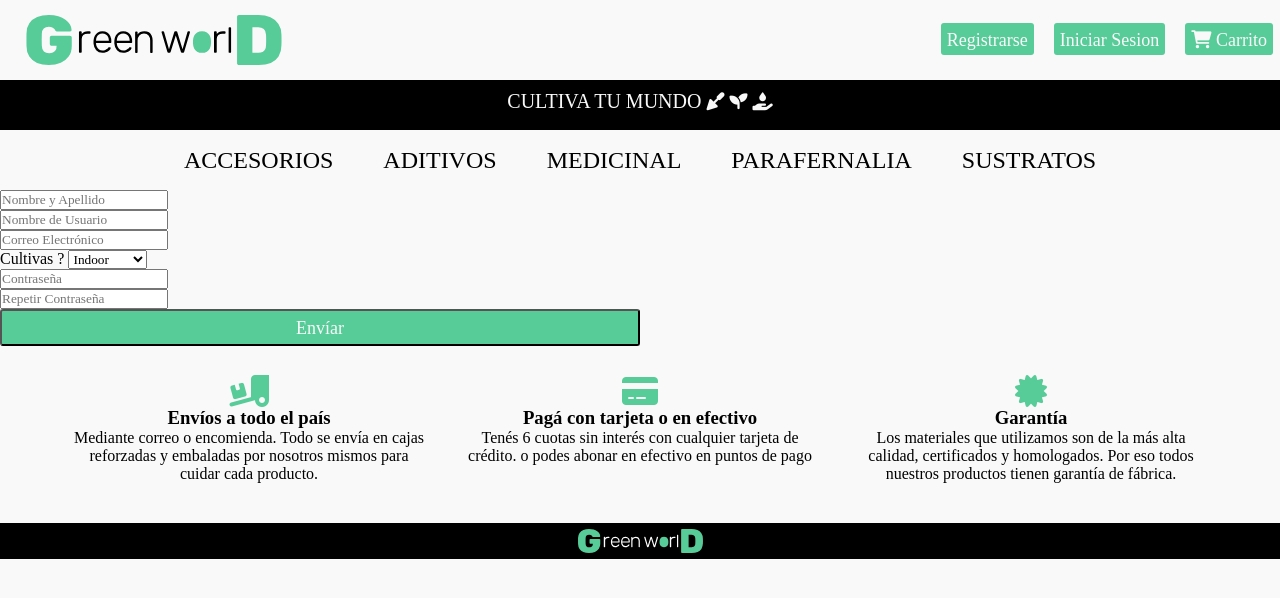
Repository: francoG98/grupo_9_Green_World
Page: source/views/register.html
The author's editor kept a copy of each file at every save. The page is drawn from the files as they stood at one save, then again after the next save.
The browser window is 1280 px wide. The pictures show the whole page.
Some web fonts or font styles are not loaded; a fallback is used. Some web libraries are served in a nearby version.

Above is the page before, as saved 2022-06-24 20:07:06.

### source/views/register.html
<!DOCTYPE html>
<html lang="en">
<head>
    <meta charset="UTF-8">
    <meta http-equiv="X-UA-Compatible" content="IE=edge">
    <meta name="viewport" content="width=device-width, initial-scale=1.0">
    <title>Green World</title>

    <link rel="preconnect" href="https://fonts.googleapis.com">
<link rel="preconnect" href="https://fonts.gstatic.com" crossorigin>
<link href="https://fonts.googleapis.com/css2?family=Abel&family=Anek+Gujarati:wght@100;200;300;400;500;600;700;800&display=swap" rel="stylesheet">
<link rel="stylesheet" href="https://cdnjs.cloudflare.com/ajax/libs/font-awesome/6.1.1/css/all.min.css" integrity="sha512-KfkfwYDsLkIlwQp6LFnl8zNdLGxu9YAA1QvwINks4PhcElQSvqcyVLLD9aMhXd13uQjoXtEKNosOWaZqXgel0g==" crossorigin="anonymous" referrerpolicy="no-referrer" />
<link rel="stylesheet" href="/css/main-register.css">
<link rel="stylesheet" href="/css/header.css">
<link rel="stylesheet" href="/css/footer.css">

</head>
<body>
    <header>
        <div class="header-top-bar">
            <figure>
                <a href="/"><img src="/assets/logo-edu.svg" alt="Logo Green World" class="header-logo"></a>
            </figure>
            <div class="chart-burger">
                <a href="/chart" >
                    <i class="fa-solid fa-basket-shopping"></i>
                </a>
                <a href="" >
                    <i class="fas fa-bars"></i>
                </a>
            </div>
            <nav class="header-top-nav-bar">
                <ul>
                    <li><a href="/register">Registrarse</a> </li>
                    <li><a href="/login">Iniciar Sesion</a></li>
                    <li><a href="/chart"><i class="fa-solid fa-cart-shopping"></i>  Carrito</a></li>
                </ul>
            </nav>
        </div>
        <h2>CULTIVA TU MUNDO   <i id="pala" class="fa-solid fa-trowel"></i>    <i id="planta" class="fa-solid fa-seedling"></i>    <i id="agua" class="fa-solid fa-hand-holding-droplet"></i></h2>



        <nav class="header-bottom-nav-bar">
            <ul>
                <li ><a href="/accesorios">ACCESORIOS</a></li>
                <li ><a href="/aditivos">ADITIVOS</a></li>
                <li ><a href="/medicinal">MEDICINAL</a></li>
                <li ><a href="/parafernalia">PARAFERNALIA</a></li>
                <li ><a href="/sustratos">SUSTRATOS</a></li>
            </ul>
        </nav>
    </header>
    <main>
          <form method="post" action="">
            <p>
                <input type="text" name="nombre-apellido" placeholder="Nombre y Apellido" required>
            </p>
            <p>
                <input type="text" name="usuario" placeholder="Nombre de Usuario" required>
            </p>
            <p>
                <input type="mail" name="mail" placeholder="Correo Electrónico" required>
            </p>
            <p>
                <label for="cultivo"> Cultivas ?</label>
                    <select name="cultivo" id="cultivo" required>
                        <option value="Indoor">Indoor</option>
                        <option value="outdoor">Outdoor</option>
                        <option value="ambas">ambas</option>
                        <option value="ninguna">No cultivo</option>
                    </select>
            </p>
            <p>
                <input type="password" name="password" placeholder="Contraseña" required>
            </p>
            <p>
                <input type="password" name="repetir-password" placeholder="Repetir Contraseña" required>
            </p>
            <a href="./home.html"><button type="submit" name="registrar"> Envíar </button></a>
    </main>
    <footer>
        <div class="footer-top-bar">
            <section>
                <i class="fa-solid fa-truck-ramp-box"></i>
                <h3>Envíos a todo el país</h3>
                <p>Mediante correo o encomienda. Todo se envía en cajas reforzadas y embaladas por nosotros mismos para cuidar cada producto.</p>
            </section>
            <section>
                <i class="fa-solid fa-credit-card"></i>
                <h3>Pagá con tarjeta o en efectivo</h3>
                <p>Tenés 6 cuotas sin interés con cualquier tarjeta de crédito. o podes abonar en efectivo en
                    puntos de pago</p>
            </section>
            <section>
                <i class="fa-solid fa-certificate"></i>
                <h3>Garantía</h3>
                <p>Los materiales que utilizamos son de la más alta calidad, certificados y homologados. Por eso todos nuestros productos tienen garantía de fábrica.</p>
            </section>
        </div>
        <div class="footer-bottom-bar">
            <a href="/"><img src="/assets/logo-blanco-57cc99.svg" alt="Logo Green World" class="header-logo"></a>


        </div>
    </footer>

</body>
</html>

### public/css/main-register.css
*{
    margin: 0px;
    padding: 0px;
    box-sizing: border-box;
    font-family: "Anek Gujarati";
    }
a button{
    text-decoration: none;
        font-size: 18px;
        color:#f9f9f9;
        background-color:#57CC99;
        Width: 50%;
        padding:7px 6px 5px 6px;
        border-radius:3px;
        transition: opacity 200ms;
        justify-content: center;
        text-align: center;
        margin: auto;
}
input{
    margin: auto;
    border: ;
}

### public/css/header.css
*{
    margin: 0px;
    padding: 0px;
    box-sizing: border-box;
    font-family: "Anek Gujarati";
    }
header{
    height:72px
}
.header-top-bar{
    display: flex;
    flex-wrap: wrap;
    /*
    background-color: #af95e2;*/
    background-color: #f9f9f9;
    align-items: center;
    justify-content: space-between;
    height: 40px;
    width:100vw;

}
.header-top-bar figure{
    width: 220px;
    height: 32px;;
    margin: 4px;

}
.header-logo{
    width: 100%;
    height:32px;


}
header h2{
    width: 100%;
    text-align: center;
    font-weight: normal;;
    background-color:black;
    color: #f9f9f9;;
    font-size: 18px;
    height:32px;;
    padding-top:6px


}

nav.header-top-nav-bar{
    width: 100%;
    order:3;
}

div.chart-burger{
    display: flex;
    justify-content: flex-end;
    align-items: center;
    gap: 5px;
    margin: 4px 10px;

}
div.chart-burger a{
    text-align:center;
    color:#f9f9f9;;
    /*
    background-color: #3e0b5e;*/
    background-color: #57CC99;
    box-sizing: border-box;
    height:32px;
    font-size: 18px;
    width: 32px;
    padding-top:4.4px;
    border-radius: 3px

}


nav.header-top-nav-bar ul{
    list-style: none;
    margin: 0 ;
    padding: 0;
    display: none;
    justify-content: space-between;
    flex-wrap: wrap;
}
nav.header-top-nav-bar ul li{
    width: 50%
}


.header-bottom-nav-bar ul{
    list-style: none;
    margin: 0 ;
    padding: 0;
    display: none

}

@media(min-width:768px){
    .header-top-nav-bar{
        display: none;
        order: 2;
        width: 100vw
    }

}
@media(min-width:1024px){
    body{background-color: #f9f9f9;

    }
    header{
        background-color: #f9f9f9;
        height: auto

    }
    .header-top-bar{
        display: flex;
        flex-wrap: wrap;
        background-color: #f9f9f9;
        align-items: center;
        justify-content: space-between;
        height: 80px;
        width:100vw;
        max-width: 1400px;
        margin:auto
    }
    .header-top-bar figure{
        width: 300px;
        height: 50px

    }
    .header-logo{
        height:100%;
    }

    nav.header-top-nav-bar{
        height:40px;
        align-items: center;
        display:flex;
        justify-content: flex-end;
        width:auto
    }

    div.chart-burger{
        display: none;
        order:5;
        width: 100%
    }
    nav.header-top-nav-bar ul{
        list-style: none;
        padding: 0;
        display: flex;
        justify-content: flex-end;
        align-items: center;
        flex-wrap: wrap;
        gap: 20px;
        text-decoration: none;
        margin:7px;
        order:3
    }
    nav.header-top-nav-bar ul li {
        width: auto;
    }
    nav.header-top-nav-bar ul li a{
        text-decoration: none;
        font-size: 18px;
        color:#f9f9f9;
        background-color:#57CC99;
        padding:7px 6px 5px 6px;
        border-radius:3px;
        transition: opacity 200ms
    }

    nav.header-top-nav-bar ul li a:hover{
        opacity: 0.7
    }
    header h2{
        width: 100%;
        height: 50px;
        padding-top: 10px;
        font-weight: normal;
        background-color:black;
        color: #f9f9f9;
        font-size: 20px;

    }
    #pala{
        transition: color 500ms, font-size 500ms
    }
    #pala:hover{
        color:#f65a5a;
        font-size: 40px
    }
    #planta{
        transition: color 500ms, font-size 500ms
    }
    #planta:hover{
        color:#80ed99;
        font-size: 40px
    }
    #agua{
        transition: color 500ms, font-size 500ms
    }
    #agua:hover{
        color:#90c0e0;
        font-size: 40px
    }


    .header-bottom-nav-bar ul{

        display: flex;
        justify-content: center;
        align-items: center;
        gap: 50px;
        height: 60px
    }
    .header-bottom-nav-bar ul a{
        text-decoration: none;
        font-size: 24px;
        color: black;

        transition: font-size 200ms
    }
    .header-bottom-nav-bar ul a:hover{
        font-size:30px;
        font-weight: 500;
        color: #57CC99
    }
}

### public/css/footer.css
footer{
    background-color:#f9f9f9

}
.footer-top-bar{
    display:flex;
    flex-wrap:wrap
}
.footer-top-bar section{
    width:100%;
    text-align: center;
    padding:10px
}

.footer-top-bar section i{
    color:#57CC99;
    font-size: 2em;
    line-height:10px;
    margin: auto;
    }
.footer-top-bar section h3{
font-weight:700
}
.footer-top-bar section p{
    font-family:"Abel"
}
.footer-bottom-bar{
    background-color:black;

}
.footer-bottom-bar a{
    display: flex;
    justify-content: center;
    align-content: center;
    padding:6px
}
.footer-bottom-bar a img{
    max-width:125px
}

@media(min-width:768px){
    .footer-top-bar{
        display:flex;
        justify-content: center;
        gap: 10px;
        padding: 30px 5px
    }
    .footer-top-bar section{
        width: 30%
    }


}

After the next save:
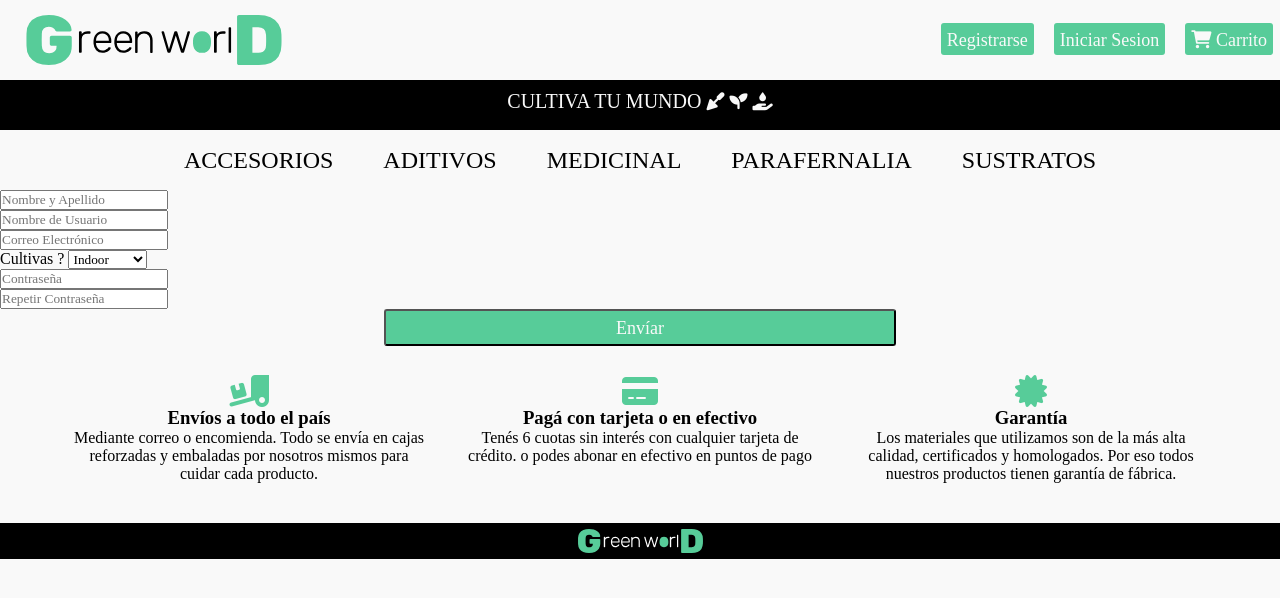
Saved 18 s later.
--- a/public/css/main-register.css
+++ b/public/css/main-register.css
@@ -9,13 +9,13 @@ a button{
         font-size: 18px;
         color:#f9f9f9;
         background-color:#57CC99;
-        Width: 50%;
+        Width: 40%;
         padding:7px 6px 5px 6px;
         border-radius:3px;
         transition: opacity 200ms;
         justify-content: center;
         text-align: center;
-        margin: auto;
+        margin-left: 30%;
 }
 input{
     margin: auto;
